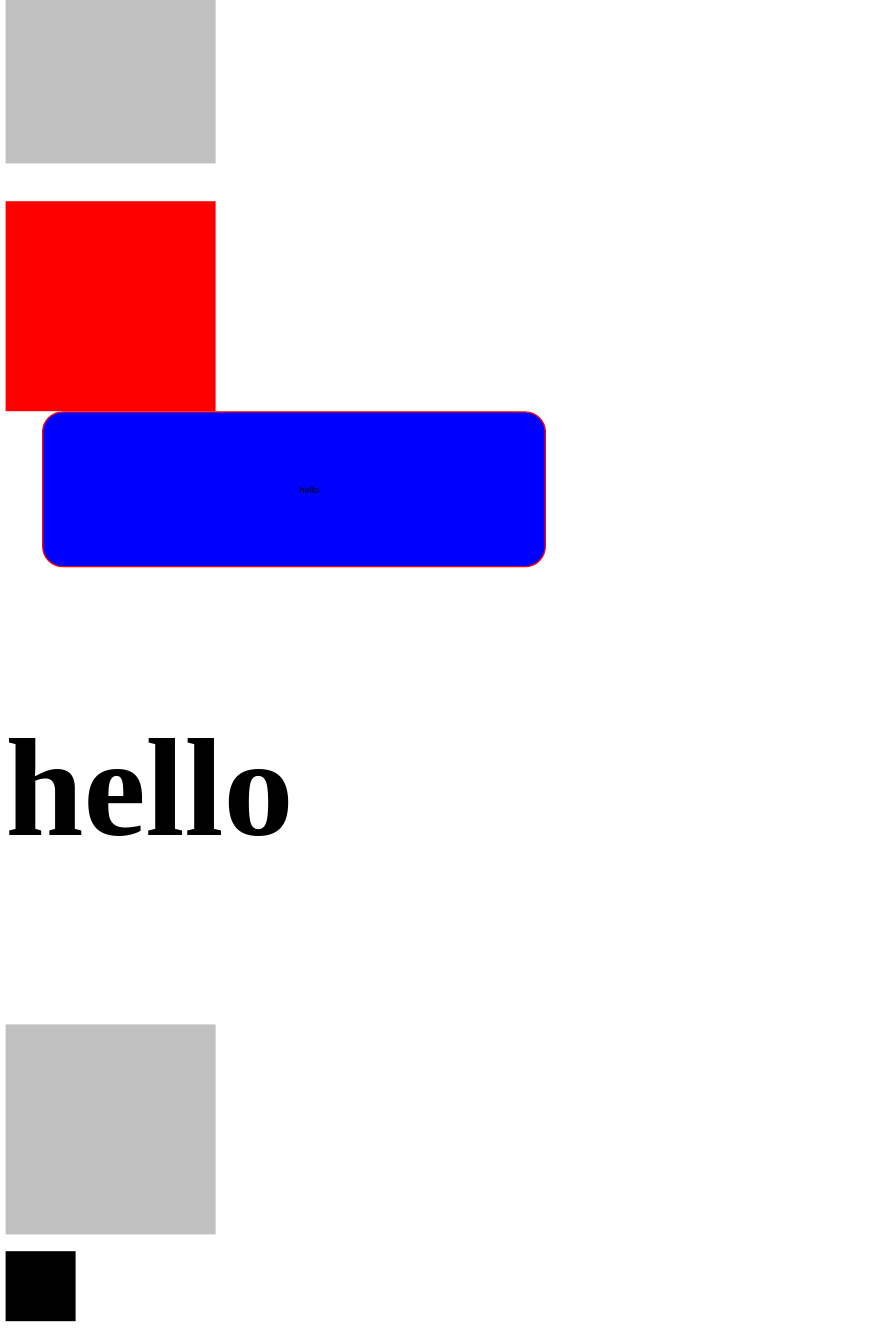
Repository: takahiro0808/kadai2
Page: html/index.html
The author's editor kept a record of every edit. The page is drawn from the files as they stood at one moment, then again after the next edit.
The browser window is 1280 px wide. The pictures show the part of the page from y = 838 to 2758 px (the page is 2758 px tall), at 70% of full size.

Above is the page before.

After the next edit:
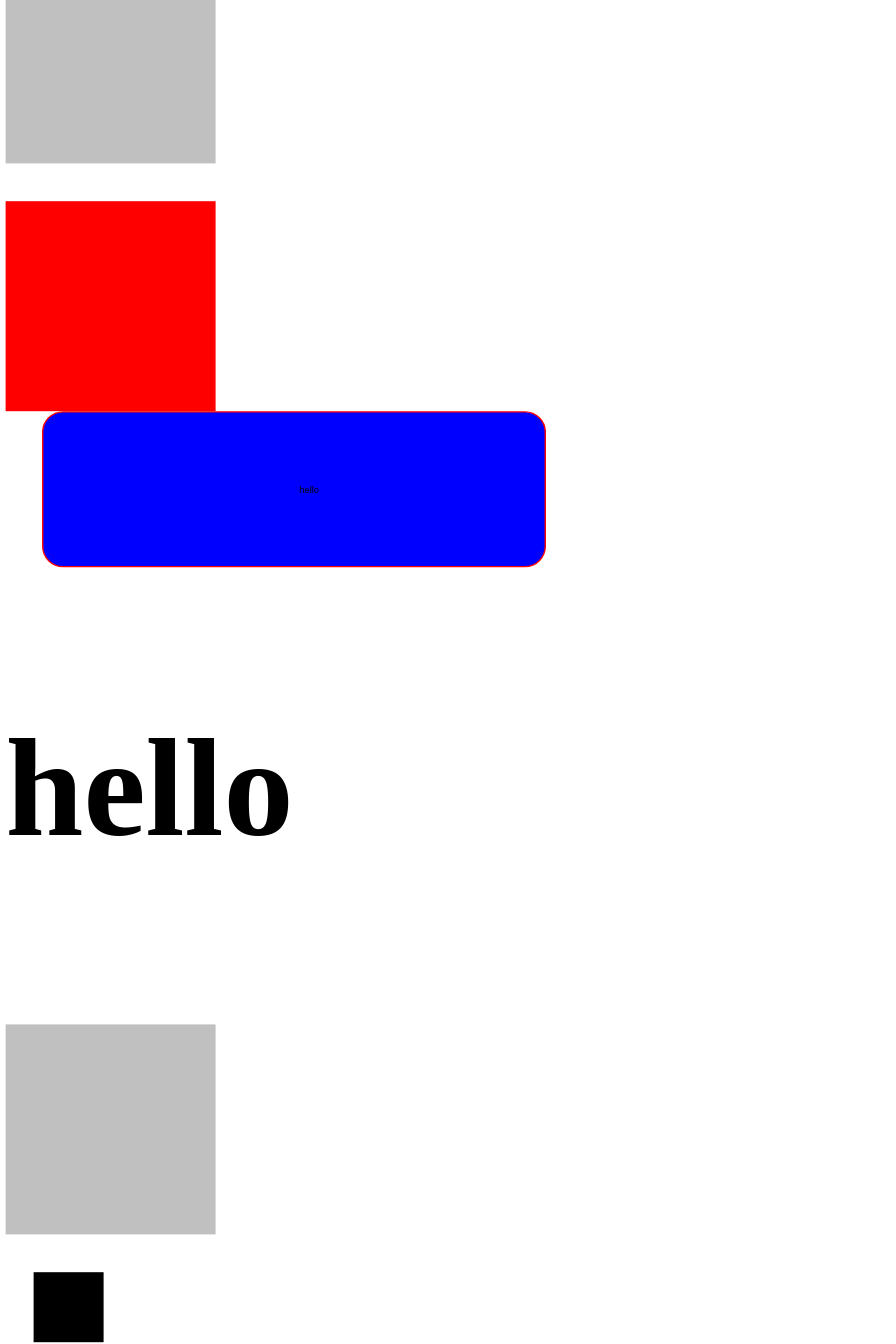
The edit:
--- a/html/css/style.css
+++ b/html/css/style.css
@@ -41,7 +41,7 @@
                   background-color:black;
                   width:100px;
                   height:100px;
-                  position:static;
+                  position:relative;
                   top:30px;
                   left:40px;
               }
